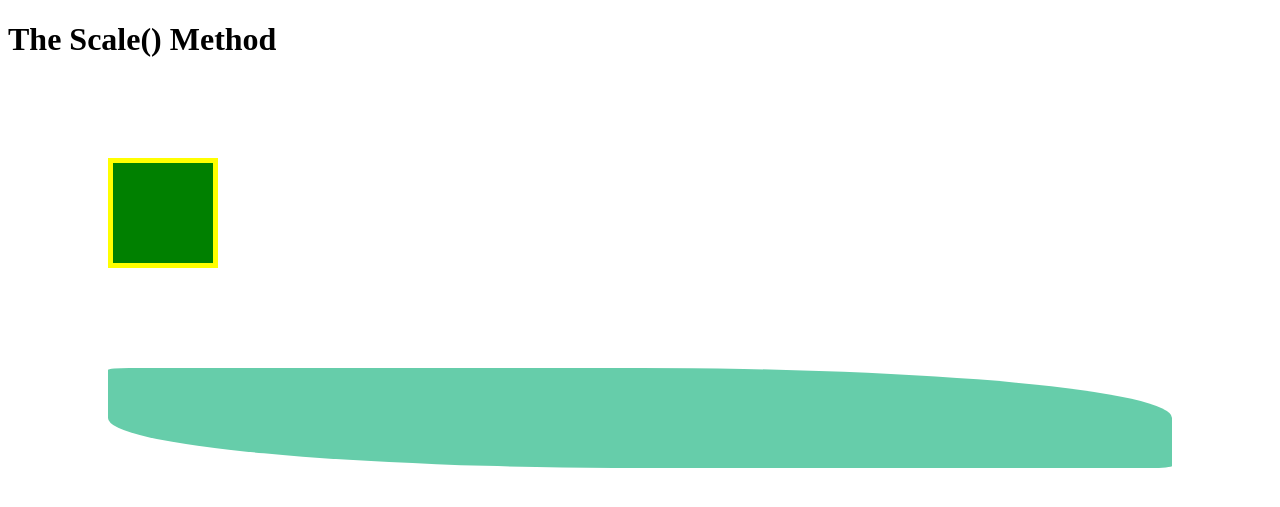
Repository: BhardwajMonika/core-java
Page: HTML2/WebContent/Scale.html
These files come from the project's save history. The page is drawn as it stood at one moment and after the next save; the edit follows.
The browser window is 1280 px wide. The pictures show the whole page.

Above is the page before, as saved 2019-02-27 10:21:27.

### HTML2/WebContent/Scale.html
<!DOCTYPE html>
<html>
<head>
<style type="text/css">
.square{
width:100px;
height:100px;
background-color:green;
border:5px solid Yellow;
margin:100px;
transition:transform 1s;
}

.square:hover{transform:scale(2);}

.droplet{
height:100px;
background-color:mediumaquamarine;
border-radius:2% 50%;
margin:100px;
transition:all 3s;
transition-timing:ease-in-out;
}

.droplet:hover{transform:rotateX(180deg);}
</style>
<meta charset="ISO-8859-1">
<title>Insert title here</title>
</head>
<body>
<h1>The Scale() Method</h1>
<div class="square"></div>
<div class="droplet"></div>
</body>
</html>

After the next save:
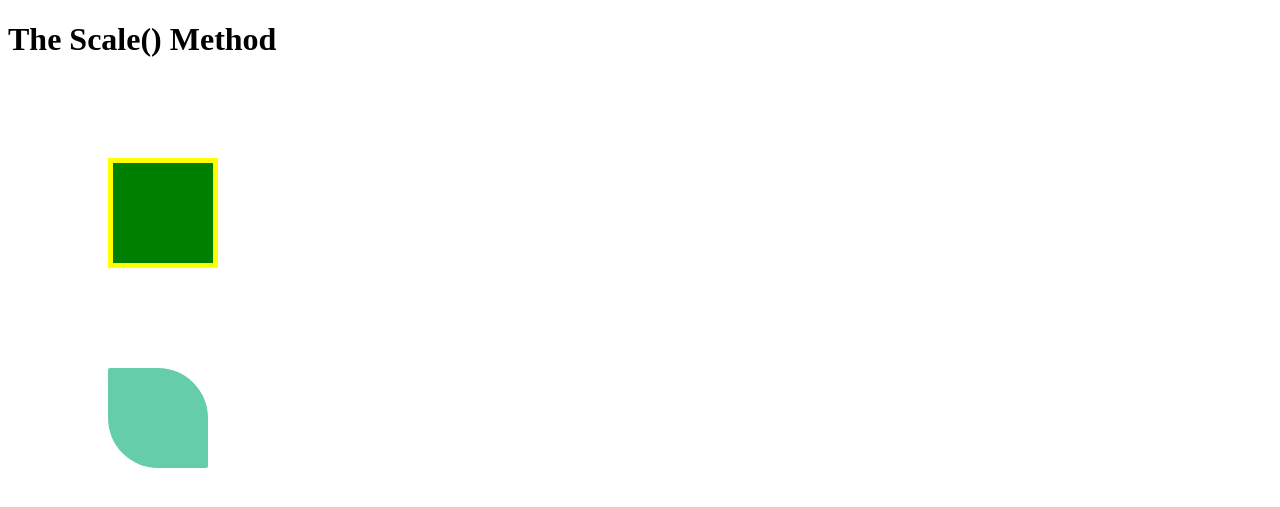
Saved 30 min 27 s later.
--- a/HTML2/WebContent/Scale.html
+++ b/HTML2/WebContent/Scale.html
@@ -20,6 +20,7 @@ border-radius:2% 50%;
 margin:100px;
 transition:all 3s;
 transition-timing:ease-in-out;
+width:100px;
 }
 
 .droplet:hover{transform:rotateX(180deg);}
